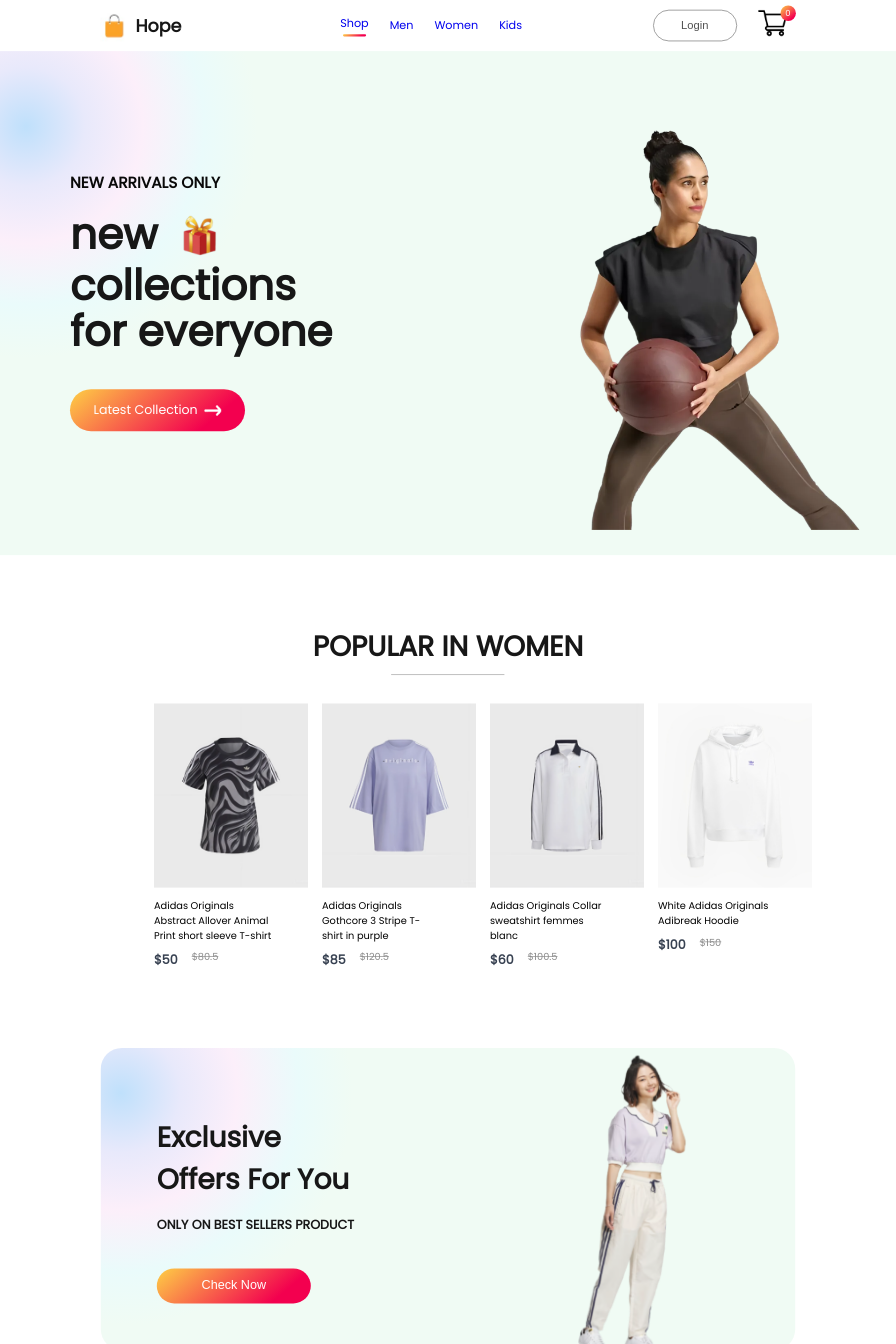
Repository: ititiu20201/Shopping-Online
Page: / (app in my-app/)
These files come from the project's save history. The page is drawn as it stood at one moment and after the next save; the edit follows.
The browser window is 1280 px wide. The pictures show the part of the page from y = 0 to 1920 px (the page is 3169 px tall), at 70% of full size.
The page's requests for data from a server got no answer. The project was rebuilt for these pictures with package versions that can differ from the ones it lists, and the page was loaded fresh each time. No one was signed in, and anything a server would have sent is missing. Also part of the build but not shown: my-app/src/App.css, my-app/src/Pages/CSS/ShopCategory.css, my-app/src/Pages/ShopCategory.jsx, my-app/src/Pages/CSS/LoginSignup.css, my-app/src/Pages/LoginSignup.jsx, my-app/src/Components/Breadcrums/Breadcrum.css, my-app/src/Components/Breadcrums/Breadcrum.jsx, my-app/src/Components/ProductDisplay/ProductDisplay.css and 9 more.

Above is the page before, as saved 2024-06-19 22:49:31.

### my-app/public/index.html
<!DOCTYPE html>
<html lang="en">
  <head>
    <meta charset="utf-8" />
    <link rel="icon" href="%PUBLIC_URL%/favicon.ico" />
    <meta name="viewport" content="width=device-width, initial-scale=1" />
    <meta name="theme-color" content="#000000" />
    <meta
      name="description"
      content="Web site created using create-react-app"
    />
    <link rel="apple-touch-icon" href="%PUBLIC_URL%/logo192.png" />
    <!--
      manifest.json provides metadata used when your web app is installed on a
      user's mobile device or desktop. See https://developers.google.com/web/fundamentals/web-app-manifest/
    -->
    <link rel="manifest" href="%PUBLIC_URL%/manifest.json" />
    <link rel="preconnect" href="https://fonts.googleapis.com">
    <link rel="preconnect" href="https://fonts.gstatic.com" crossorigin>
    <link href="https://fonts.googleapis.com/css2?family=Poppins&display=swap" rel="stylesheet">
    <!--
      Notice the use of %PUBLIC_URL% in the tags above.
      It will be replaced with the URL of the `public` folder during the build.
      Only files inside the `public` folder can be referenced from the HTML.

      Unlike "/favicon.ico" or "favicon.ico", "%PUBLIC_URL%/favicon.ico" will
      work correctly both with client-side routing and a non-root public URL.
      Learn how to configure a non-root public URL by running `npm run build`.
    -->
    <title>ShoppingApp</title>
  </head>
  <body>
    <noscript>You need to enable JavaScript to run this app.</noscript>
    <div id="root"></div>
    <!--
      This HTML file is a template.
      If you open it directly in the browser, you will see an empty page.

      You can add webfonts, meta tags, or analytics to this file.
      The build step will place the bundled scripts into the <body> tag.

      To begin the development, run `npm start` or `yarn start`.
      To create a production bundle, use `npm run build` or `yarn build`.
    -->
  </body>
</html>

### my-app/src/index.css
*{
  margin: 0;
}
body {
  margin: 0;
  -webkit-font-smoothing: antialiased;
  -moz-osx-font-smoothing: grayscale;
  font-family: 'poppins';
}

code {
  font-family: source-code-pro, Menlo, Monaco, Consolas, 'Courier New',
    monospace;
}

### my-app/src/Context/ShopContext.jsx
import React, { createContext, useEffect, useState } from "react";
//import all_product from "../Components/Assets/all_product";

export const ShopContext = createContext(null);
const getDefaultCart = () => {
  let cart = {};
  for (let index = 0; index < 300 + 1; index++) {
    cart[index] = 0;
  }
  return cart;
};

const ShopContextProvider = (props) => {
  const [all_product, setAll_Product] = useState([]);
  const [cartItems, setCartItems] = useState(getDefaultCart());

  useEffect(() => {
    fetch("http://localhost:4000/allproducts")
      .then((response) => response.json())
      .then((data) => setAll_Product(data));
  }, []);

  const addToCart = (itemId) => {
    setCartItems((prev) => ({ ...prev, [itemId]: prev[itemId] + 1 }));
    console.log(cartItems);
  };

  const removeFromCart = (itemId) => {
    setCartItems((prev) => ({ ...prev, [itemId]: prev[itemId] - 1 }));
  };

  const getTotalCartAmount = () => {
    let totalAmount = 0;
    for (const item in cartItems) {
      if (cartItems[item] > 0) {
        let itemInfo = all_product.find(
          (product) => product.id === Number(item)
        );
        totalAmount += itemInfo.new_price * cartItems[item];
      }
    }
    return totalAmount;
  };

  const getTotalCartItems = () => {
    let totalItem = 0;
    for (const item in cartItems) {
      if (cartItems[item] > 0) {
        totalItem += cartItems[item];
      }
    }
    return totalItem;
  };

  const contextValue = {
    getTotalCartItems,
    getTotalCartAmount,
    all_product,
    cartItems,
    addToCart,
    removeFromCart,
  };

  return (
    <ShopContext.Provider value={contextValue}>
      {props.children}
    </ShopContext.Provider>
  );
};

export default ShopContextProvider;

### my-app/src/Components/Navbar/Navbar.jsx
import React, { useContext, useState, useRef } from "react";
import "./Navbar.css";
import logo from "../Assets/Screenshot 2024-06-18 at 18.22.25.jpg";
import cart_icon from "../Assets/cart_icon.png";
import { Link } from "react-router-dom";
import { ShopContext } from "../../Context/ShopContext";
import nav_dropdown from "../Assets/nav_dropdown.png";

const Navbar = () => {
  const [menu, setMenu] = useState("shop");
  const { getTotalCartItems } = useContext(ShopContext);
  const menuRef = useRef();

  const dropdown_toggle = (e) => {
    menuRef.current.classList.toggle("nav-menu-visible");
    e.target.classList.toggle("open");
  };

  return (
    <div className="navbar">
      <div className="nav-logo">
        <img src={logo} alt="" />
        <p>Hope</p>
      </div>
      <img
        className="nav-dropdown"
        onClick={dropdown_toggle}
        src={nav_dropdown}
        alt=""
      />
      <ul ref={menuRef} className="nav-menu">
        <li
          onClick={() => {
            setMenu("shop");
          }}
        >
          <Link style={{ textDecoration: "none" }} to="/">
            Shop
          </Link>
          {menu === "shop" ? <hr /> : <></>}
        </li>
        <li
          onClick={() => {
            setMenu("mens");
          }}
        >
          <Link style={{ textDecoration: "none" }} to="/mens">
            Men
          </Link>
          {menu === "mens" ? <hr /> : <></>}
        </li>
        <li
          onClick={() => {
            setMenu("womens");
          }}
        >
          <Link style={{ textDecoration: "none" }} to="womens">
            Women
          </Link>
          {menu === "womens" ? <hr /> : <></>}
        </li>
        <li
          onClick={() => {
            setMenu("kids");
          }}
        >
          <Link style={{ textDecoration: "none" }} to="/kids">
            Kids
          </Link>
          {menu === "kids" ? <hr /> : <></>}
        </li>
      </ul>
      <div className="nav-login-cart">
        {localStorage.getItem("auth-token") ? (
          <button
            onClick={() => {
              localStorage.removeItem("auth-token");
              window.location.replace("/");
            }}
          >
            Logout
          </button>
        ) : (
          <Link to="/login">
            <button>Login</button>
          </Link>
        )}
        <Link to="/cart">
          <img src={cart_icon} alt="" />
        </Link>
        <div className="nav-cart-count">{getTotalCartItems()}</div>
      </div>
    </div>
  );
};

export default Navbar;

### my-app/src/Pages/Shop.jsx
import React from 'react'
import Hero from '../Components/Hero/Hero'
import Popular from '../Components/Popular/Popular'
import Offers from '../Components/Offers/Offers'
import NewCollections from '../Components/NewCollections/NewCollections'
import NewsLetter from '../Components/NewsLetter/NewsLetter'

const Shop = () => {
  return (
    <div>
      <Hero/>
      <Popular/>
      <Offers/>
      <NewCollections />
      <NewsLetter/>
    </div>
  )
}

export default Shop

### my-app/src/Components/Footer/Footer.jsx
import React from "react";
import "./Footer.css";
import footer_logo from "../Assets/Screenshot 2024-06-18 at 18.22.25.jpg";
import instagram_icon from "../Assets/instagram_icon.png";
import pintester_icon from "../Assets/pintester_icon.png";
import whatsapp_icon from "../Assets/whatsapp_icon.png";

const Footer = () => {
  return (
    <div className="footer">
      <div className="footer-logo">
        <img src={footer_logo} alt="" />
        <p>Hope</p>
      </div>
      <ul className="footer-links">
        <li>Company</li>
        <li>Products</li>
        <li>Offices</li>
        <li>About</li>
        <li>Contact</li>
      </ul>
      <div className="footer-social-icon">
        <div className="footer-icons-container">
          <img src={instagram_icon} alt="" />
        </div>
        <div className="footer-icons-container">
          <img src={pintester_icon} alt="" />
        </div>
        <div className="footer-icons-container">
          <img src={whatsapp_icon} alt="" />
        </div>
      </div>
      <div className="footer-copyright">
        <hr />
        <p>Coppyright @ 2024 - All Right Reserved.</p>
      </div>
    </div>
  );
};

export default Footer;

### my-app/src/Components/Item/Item.jsx
import React from 'react'
import './Item.css'
import { Link } from 'react-router-dom'

const Item = (props) => {
    return (
        <div className='item'>
            <Link to={`/product/${props.id}`}><img onClick={window.scrollTo(0,0)} src={props.image} alt="" /></Link>
            <p>{props.name}</p>
            <div className="item-prices">
                <div className='item-price-new'>
                    ${props.new_price}
                </div>
                <div className='item-price-old'>
                    ${props.old_price}
                </div>
            </div>
        </div>
    )
}

export default Item

### my-app/src/Components/Hero/Hero.jsx
import React from 'react'
import'./Hero.css'
import hand_icon from '../Assets/hand_icon.png'
import arrow_icon from '../Assets/arrow.png'
import hero_image from '../Assets/hero_image.png'

const Hero = () =>{
    return (
        <div className='hero'>
            <div className='hero-left'>
                <h2>NEW ARRIVALS ONLY</h2>
                <div>
                    <div className='hero-hand-icon'>
                        <p>new</p>
                        <img src={hand_icon} alt="" />
                    </div>
                    <p>collections</p>
                    <p>for everyone</p>
                </div>
                <div className="hero-lastest-btn">
                    <div>Latest Collection</div>
                    <img src={arrow_icon} alt="" />
                </div>
            </div>
            <div className='hero-right'>
                <img src={hero_image} alt="" />
            </div>
        </div>
    )
}

export default Hero

### my-app/src/Components/Popular/Popular.jsx
import React, { useState } from "react";
import "./Popular.css";
import data_product from "../Assets/data";
import Item from "../Item/Item";

const Popular = () => {
  const [popularProducts, setPopularProducts] = useState([]);
  return (
    <div className="popular">
      <h1>POPULAR IN WOMEN</h1>
      <hr />
      <div className="popular-item">
        {data_product.map((item, i) => {
          return (
            <Item
              key={i}
              id={item.id}
              name={item.name}
              image={item.image}
              new_price={item.new_price}
              old_price={item.old_price}
            />
          );
        })}
      </div>
    </div>
  );
};

export default Popular;

### my-app/src/Components/Offers/Offers.jsx
import React from 'react'
import './Offers.css'
import exclusive_image from '../Assets/exclusive_image.png';

const Offers = () =>{
    return(
        <div className='offers'>
            <div className="offers-left">
                <h1>Exclusive</h1>
                <h1>Offers For You</h1>
                <p>ONLY ON BEST SELLERS PRODUCT</p>
                <button>Check Now</button>
            </div>
            <div className="offers-right">
                <img src={exclusive_image} alt="" />
            </div>
        </div>
    )
}

export default Offers

### my-app/src/Components/NewCollections/NewCollections.jsx
import React, { useEffect, useState } from "react";
import "./NewCollections.css";
import Item from "../Item/Item";

const NewCollections = () => {
  const [new_collection, setNew_collection] = useState([]);
  useEffect(() => {
    fetch("http://localhost:4000/newcollections")
      .then((response) => response.json())
      .then((data) => setNew_collection(data));
  }, []);

  return (
    <div className="new-collections">
      <h1>NEW COLLECTIONS</h1>
      <hr />
      <div className="collections">
        {new_collection.map((item, i) => {
          return (
            <Item
              key={i}
              id={item.id}
              name={item.name}
              image={item.image}
              new_price={item.new_price}
              old_price={item.old_price}
            />
          );
        })}
      </div>
    </div>
  );
};

export default NewCollections;

### my-app/src/Components/NewsLetter/NewsLetter.jsx
import React from "react";
import './NewsLetter.css'

const NewsLetter = () => {
    return (
        <div className="newsletter">
            <h1>Get Exclusive Offers On Your Email</h1>
            <p>Subscribe to our newsletter and stay updated</p>
            <div>
                <input type="email" placeholder='Your Email id' />
                <button>Subscribe</button>
            </div>
        </div>
    )
}

export default NewsLetter

### my-app/src/Components/Footer/Footer.css
.footer{
    display: flex;
    flex-direction: column;
    justify-content: center;
    align-items: center;
    gap: 50px;
}

.footer-logo{
    display: flex;
    align-items: center;
    gap: 20px;
}

.footer-logo p{
    color: #383838;
    font-size: 46px;
    font-weight: 700;
}

.footer-links{
    display: flex;
    list-style: none;
    gap: 50px;
    color: #252525;
    font-size: 20px;
}

.footer-links li{
    cursor: pointer;
}

.footer-social-icon{
    display: flex;
    gap: 20px;
}

.footer-icons-container{
    padding: 10px;
    padding-bottom: 6px;
    background: #fbfbfb;
    border: 1px dolid #ebebeb;
}

.footer-copyright{
    display: flex;
    flex-direction: column;
    align-items: center;
    gap: 30px;
    width: 100%;
    margin-bottom: 30px;
    color: #1a1a1a;
    font-size: 20px;
}

.footer-copyright hr{
    width: 80%;
    border: none;
    border-radius: 10px;
    height: 3px;
    background: #c7c7c7;
}
@media(max-width:800px){
    .footer{
        gap: 20px;
    }
    .footer-logo{
        gap: 10px;
        align-items: end;
    }
    .footer-logo img{
        width: 40px;
    }
    .footer-logo p{
        font-size: 25px;
    }
    .footer-links{
        font-size: 14px;
        gap: 10px;
    }
    .footer-social-icon img{
        width: 22px;
    }
    .footer-copyright{
        font-size: 13px;
    }
}

### my-app/src/Components/Item/Item.css
.item{
    width: 280px;
}
.item img{
    width: 280px;
    margin-left: 50px;
}
.item p{
    margin: 10px 0px;
    margin-left: 50px;
}
.item-prices{
    display: flex;
    gap: 20px;
    margin-left: 50px;
}
.item-price-new{
    color: #374151;
    font-size: 18px;
    font-weight: 600;
}
.item-price-old{
    color: #8c8c8c;
    font-size: 18px;
    font-weight: 500;
    text-decoration: line-through;
}
.item:hover{
    transform: scale(1.05);
    transition: 0.6s;
}
@media(max-width:1280px){
    .item{
        width: 220px;
        font-size: 14px;
    }
    .item img{
        width: 220px;
    }
    .item-price-old{
        font-size: 14px;
    }
}
@media(max-width:1024px){
    .item{
        width: 170px;
        font-size: 13px;
    }
    .item img{
        width: 170px;
    }
    .item-price-old{
        font-size: 13px;
    }
}
@media(max-width:800px){
    .item{
        width: 120px;
        font-size: 12px;
    }
    .item img{
        width: 120px;
    }
    .item-price-old{
        font-size: 12px;
    }
}
@media(max-width:500px){
    .item{
        width: 160px;
    }
    .item img{
        width: 160px;
    }
}

### my-app/src/Components/Hero/Hero.css
.hero{
    height: 100vh;
    background: radial-gradient(328px at 2.9% 15%, rgb(191, 224, 251) 0%, rgb(232, 233, 251) 25.8%, rgb(252, 239, 250) 50.8%, rgb(234, 251, 251) 77.6%, rgb(240, 251, 244) 100.7%);
    display: flex;
}
.hero-left{
    flex: 1;
    display: flex;
    flex-direction: column;
    justify-content: center;
    gap: 20px;
    padding-left: 180px;
    line-height: 1.1;
}
.hero-left h2{
    color: #090909;
    font-size: 26px;
    font-weight: 600;
}
.hero-left p{
    color: #171717;
    font-size: 100px;
    font-weight: 700;
}
.hero-hand-icon{
    display: flex;
    align-items: center;
    gap: 20px;
}
.hero-hand-icon img{
    width: 105px;
}
.hero-lastest-btn{
    display: flex;
    justify-content: center;
    align-items: center;
    gap: 15px;
    width: 310px;
    height: 70px;
    border-radius: 75px;
    margin-top: 30px;
    background: linear-gradient(319.6deg, rgb(243, 0, 79) 20.5%, rgb(255, 236, 68) 110.9%);
    color: white;
    font-size: 22px;
    font-weight: 500;
}

.hero-right{
    flex: 1;
    display: flex;
    align-items: center;
    justify-content: center;
    margin-top: 70px;
}
@media(max-width:1280px){
    .hero-left{
        padding-left: 100px;
    }
    .hero-left h2{
        font-size: 22px;
    }
    .hero-left p{
        font-size: 60px;
    }
    .hero-hand-icon img{
        width: 80px;
    }
    .hero-lastest-btn{
        gap: 10px;
        width: 250px;
        height: 60px;
        margin-top: 20px 18px;
        font-size: 18px;
    }
    .hero-right img{
        width: 500px;
    }
}
@media(max-width:1024px){
    .hero-left{
        padding-left: 80px;
    }
    .hero-left h2{
        font-size: 20px;
    }
    .hero-left p{
        font-size: 50px;
    }
    .hero-hand-icon img{
        width: 65px;
    }
    .hero-lastest-btn{
        width: 220px;
        height: 50px;
        font-size: 16px;
    }
    .hero-right img{
        width: 400px;
    }
}
@media(max-width:800px){
    .hero-left{
        padding-left: 30px;
    }
    .hero-left h2{
        font-size: 16px;
    }
    .hero-left p{
        font-size: 40px;
    }
    .hero-hand-icon img{
        width: 50px;
    }
    .hero-lastest-btn{
        width: 175px;
        height: 40px;
        font-size: 13px;
    }
    .hero-right img{
        width: 300px;
    }
}
@media(max-width:500px){
    .hero{
        flex-direction: column;
    }
    .hero-right{
        display: none;
    }
    .hero-left h2{
        font-size: 18px;
    }
    .hero-left p{
        font-size: 50px;
    }
    .hero-hand-icon img{
        width: 55px;
    }
    .hero-lastest-btn{
        width: 200px;
        height: 45px;
        font-size: 14px;
    }
}

### my-app/src/Components/Popular/Popular.css
.popular{
    display: flex;
    flex-direction: column;
    align-items: center;
    gap: 10px;
    height: 90vh;
}
.popular h1{
    color: #171717;
    font-size: 50px;
    font-weight: 600;
    margin-top: 100px;
}
.popular hr{
    width: 200px;
    height: 6px;
    border-radius: 10px;
    background: linear-gradient(319.6deg, rgb(243, 0, 79) 20.5%, rgb(255, 236, 68) 110.9%);
}
.popular-item{
    margin-top: 50px;
    display: flex;
    gap: 30px;
}
@media(max-width:1280px){
    .popular{
        height: 70vh;
    }
    .popular h1{
        font-size: 40px;
    }
    .popular hr{
        width: 160px;
        height: 4px;
    }
    .popular-item{
        gap: 20px;
        margin-top: 30px;
    }
}
@media(max-width:1024px){
    .popular{
        height: 60vh;
    }
    .popular h1{
        font-size: 30px;
    }
    .popular hr{
        width: 120px;
        height: 3px;
    }
    .popular-item{
        gap: 15px;
        margin-top: 20px;
    }
}
@media(max-width:800px){
    .popular{
        height: 50vh;
        gap: 6px;
    }
    .popular h1{
        font-size: 20px;
    }
    .popular hr{
        width: 100px;
    }
    .popular-item{
        gap: 5px;
    }
}
@media(max-width:500px){
    .popular{
        height: 90vh;
    }
    .popular-item{
        display: grid;
        grid-template-columns: 1fr 1fr;
        gap: 20px;
    }
}

### my-app/src/Components/NewCollections/NewCollections.css
.new-collections{
    display: flex;
    flex-direction: column;
    align-items: center;
    gap: 10px;
    margin-bottom: 100px;
}
.new-collections h1{
    color: #171717;
    font-size: 50px;
    font-weight: 600;
    margin-top: 100px;
}
.new-collections hr{
    width: 200px;
    height: 6px;
    border-radius: 10px;
    background: linear-gradient(319.6deg, rgb(243, 0, 79) 20.5%, rgb(255, 236, 68) 110.9%);
}
.collections{
    display: grid;
    grid-template-columns: 1fr 1fr 1fr 1fr;
    margin-top: 50px;
    gap: 30px;
}
@media(max-width:1280px){
    .new-collections h1{
        font-size: 40px;
    }
    .new-collections hr{
        width: 160px;
        height: 4px;
    }
    .collections{
        gap: 20px;
        margin-top: 30px;
    }
}
@media(max-width:1024px){
    .new-collections h1{
        font-size: 30px;
    }
    .new-collections hr{
        width: 120px;
        height: 3px;
    }
    .collections{
        gap: 15px;
        margin-top: 20px;
    }
}
@media(max-width:800px){
    .new-collections{
        gap: 6px;
    }
    .new-collections h1{
        font-size: 20px;
    }
    .new-collections hr{
        width: 100px;
    }
    .collections{
        gap: 5px;
    }
}
@media(max-width:500px){
    .collections{
        display: grid;
        grid-template-columns: 1fr 1fr;
        gap: 20px;
    }
}

Loaded but not shown: my-app/src/App.js (37 lines, source omitted); my-app/src/Components/Assets/data.js (34 lines, source omitted); my-app/src/index.js (13 lines, source omitted); my-app/src/Components/Navbar/Navbar.css (166 lines, source omitted); my-app/src/Components/NewsLetter/NewsLetter.css (151 lines, source omitted); my-app/src/Components/Offers/Offers.css (144 lines, source omitted)

After the next save:
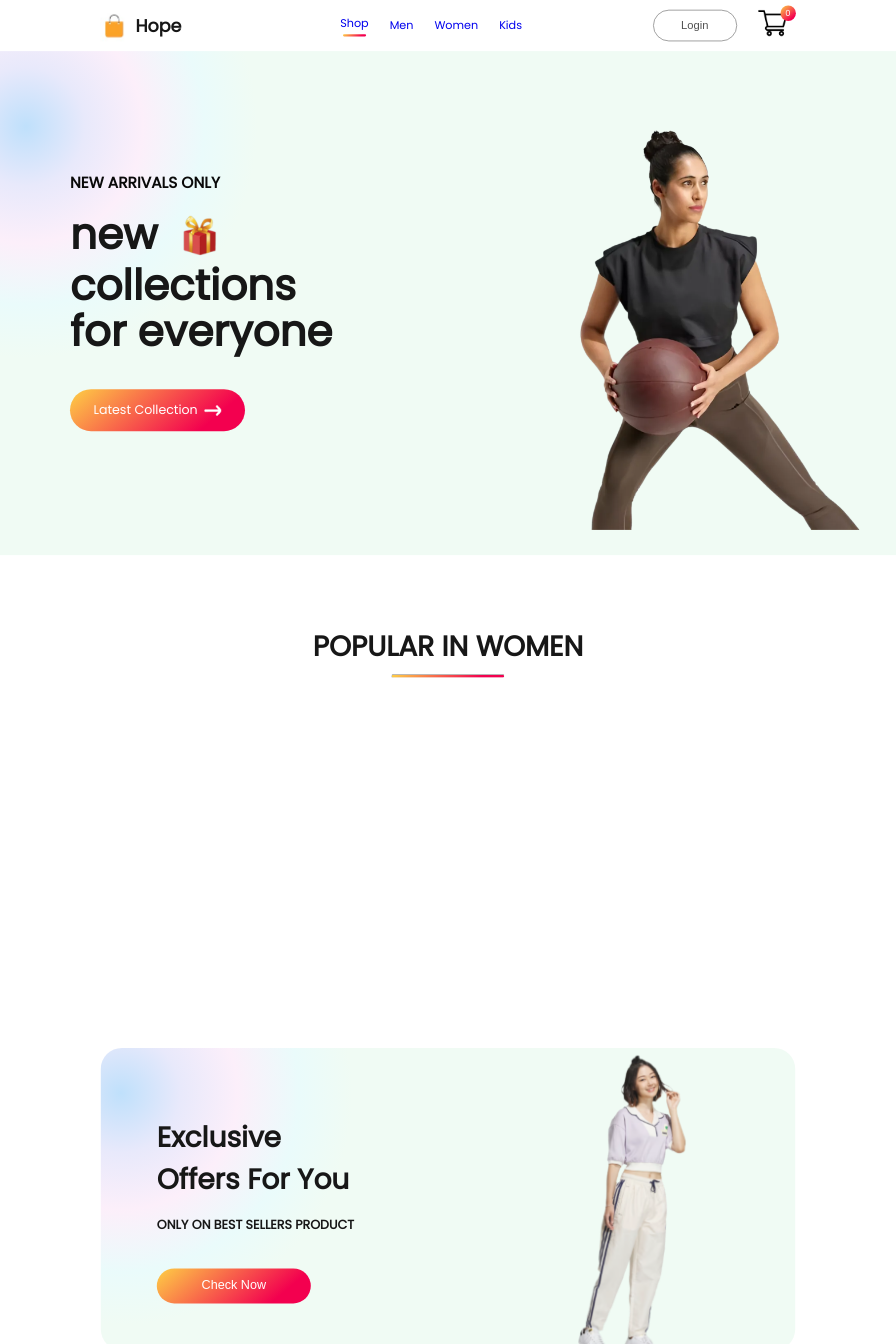
Saved 2 min 3 s later.
--- a/my-app/src/Components/Popular/Popular.jsx
+++ b/my-app/src/Components/Popular/Popular.jsx
@@ -1,16 +1,21 @@
-import React, { useState } from "react";
+import React, { useEffect, useState } from "react";
 import "./Popular.css";
-import data_product from "../Assets/data";
+//import data_product from "../Assets/data";
 import Item from "../Item/Item";
 
 const Popular = () => {
   const [popularProducts, setPopularProducts] = useState([]);
+  useEffect(() => {
+    fetch("http://localhost:4000/popularinwomen")
+      .then((response) => response.json())
+      .then((data) => setPopularProducts(data));
+  }, []);
   return (
     <div className="popular">
       <h1>POPULAR IN WOMEN</h1>
       <hr />
       <div className="popular-item">
-        {data_product.map((item, i) => {
+        {popularProducts.map((item, i) => {
           return (
             <Item
               key={i}
